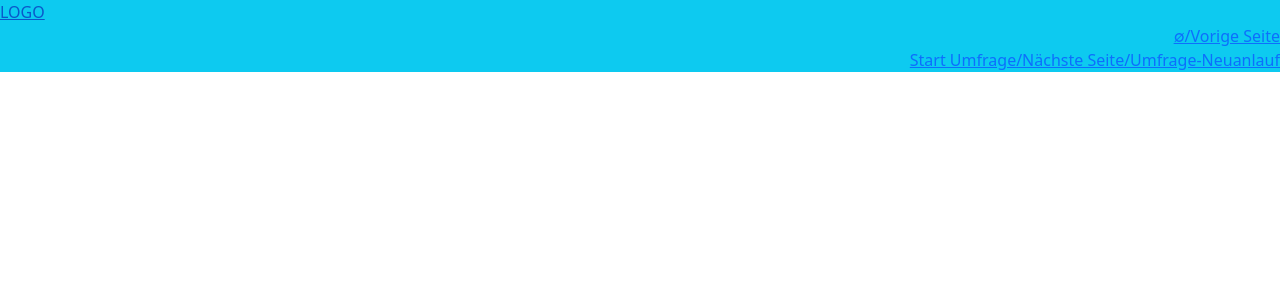
Repository: stephane71183101/Stephane-Personal-Health-Survey
Page: http://localhost/form-q01-start-page.php
An editor plug-in stored every save of this project. The page is shown before and after the next save, followed by the edit.
The browser window is 1280 px wide. The pictures show the whole page.
The page is run by PHP 8.4 with error messages shown; the project is at /var/www/html/.

Above is the page before, as saved 2022-03-15 14:03:45.

### form-q01-start-page.php
<!DOCTYPE html>
<html lang="en">
<head>
    <meta charset="UTF-8">
    <meta http-equiv="X-UA-Compatible" content="IE=edge">
    <meta name="viewport" content="width=device-width, initial-scale=1.0">
    <title>Document</title>
    <link href="https://cdn.jsdelivr.net/npm/bootstrap@5.1.3/dist/css/bootstrap.min.css" rel="stylesheet" integrity="sha384-1BmE4kWBq78iYhFldvKuhfTAU6auU8tT94WrHftjDbrCEXSU1oBoqyl2QvZ6jIW3" crossorigin="anonymous">
    <script src="https://cdn.jsdelivr.net/npm/bootstrap@5.1.3/dist/js/bootstrap.bundle.min.js" integrity="sha384-ka7Sk0Gln4gmtz2MlQnikT1wXgYsOg+OMhuP+IlRH9sENBO0LRn5q+8nbTov4+1p" crossorigin="anonymous"></script>
</head>

<header>
<nav>
    <a class="nav justify-content-start bg-info" href="#">LOGO</a>
        <a class="nav justify-content-end bg-info" href="#">&#8709;/Vorige Seite</a>
        <a class="nav justify-content-end bg-info" href="#">Start Umfrage/Nächste Seite/Umfrage-Neuanlauf</a>
</nav>
</header>

<body>

</body>

<footer>
</footer>

</html>

After the next save:
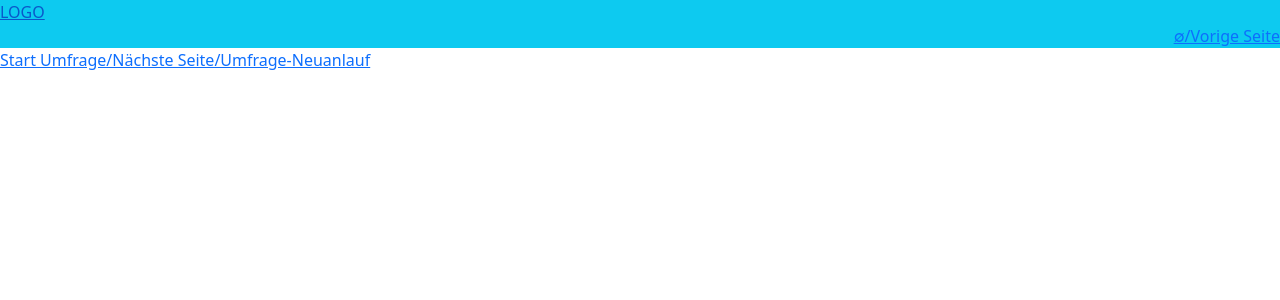
Saved 12 s later.
--- a/form-q01-start-page.php
+++ b/form-q01-start-page.php
@@ -13,7 +13,7 @@
 <nav>
     <a class="nav justify-content-start bg-info" href="#">LOGO</a>
         <a class="nav justify-content-end bg-info" href="#">&#8709;/Vorige Seite</a>
-        <a class="nav justify-content-end bg-info" href="#">Start Umfrage/Nächste Seite/Umfrage-Neuanlauf</a>
+        <a class="nav " href="#">Start Umfrage/Nächste Seite/Umfrage-Neuanlauf</a>
 </nav>
 </header>
 

After the save that followed:
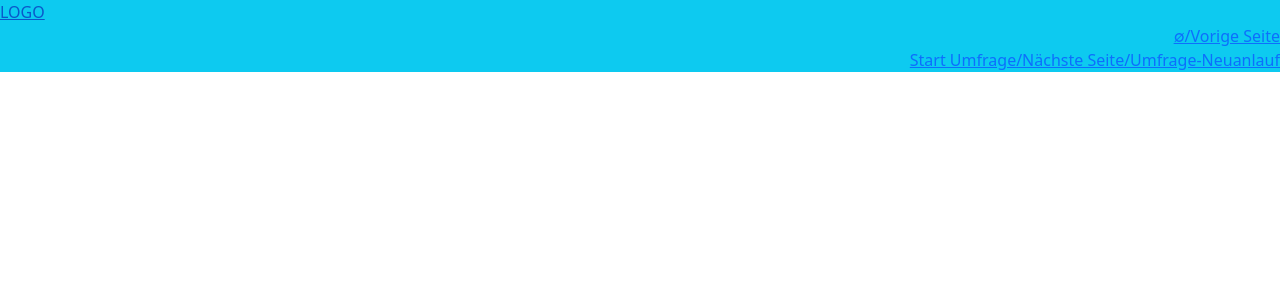
Saved 42 s later.
--- a/form-q01-start-page.php
+++ b/form-q01-start-page.php
@@ -10,11 +10,11 @@
 </head>
 
 <header>
-<nav>
+<div>
     <a class="nav justify-content-start bg-info" href="#">LOGO</a>
         <a class="nav justify-content-end bg-info" href="#">&#8709;/Vorige Seite</a>
-        <a class="nav " href="#">Start Umfrage/Nächste Seite/Umfrage-Neuanlauf</a>
-</nav>
+        <a class="nav justify-content-end bg-info" href="#">Start Umfrage/Nächste Seite/Umfrage-Neuanlauf</a>
+</div>
 </header>
 
 <body>
